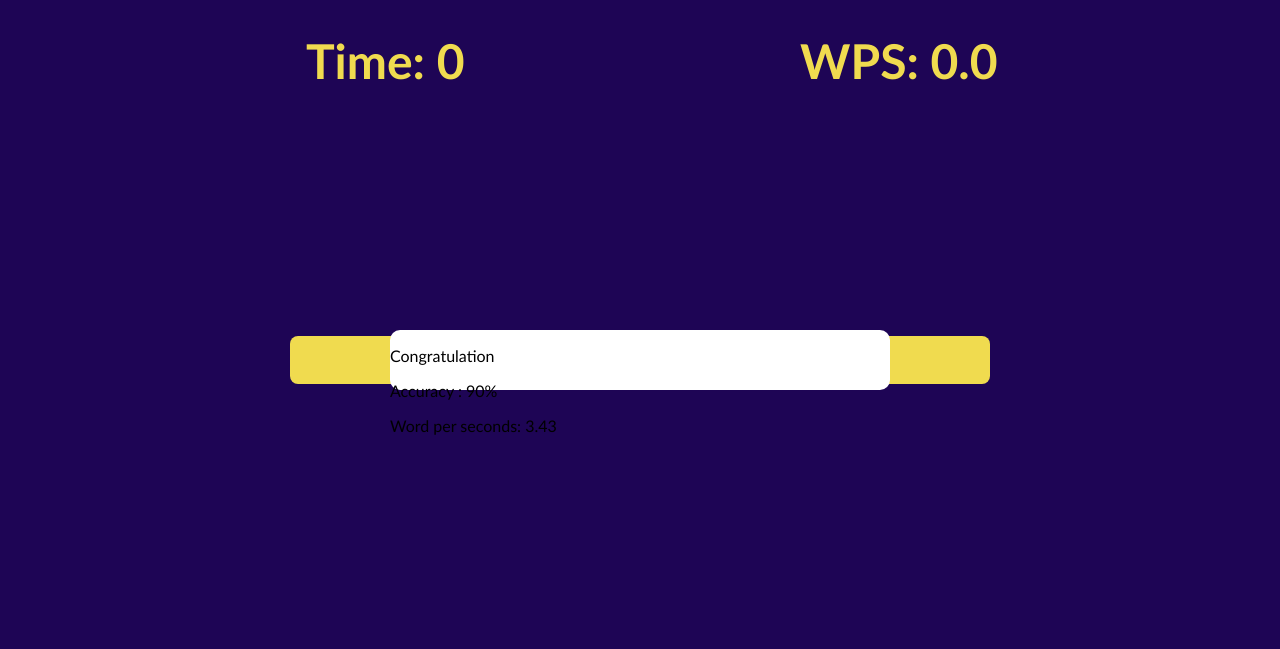
Repository: KhangNguyenIU/Vanilajs-TypingSpeed
Page: index.html
These files come from the project's save history. The page is drawn as it stood at one moment and after the next save; the edit follows.
The browser window is 1280 px wide. The pictures show the whole page.
The page's requests for data from a server got no answer.

Above is the page before, as saved 2021-10-15 11:12:42.

### index.html
<!DOCTYPE html>
<html lang="en">
  <head>
    <meta charset="UTF-8" />
    <meta http-equiv="X-UA-Compatible" content="IE=edge" />
    <meta name="viewport" content="width=device-width, initial-scale=1.0" />
    <link rel="stylesheet" href="style.css" />
    <script src="script.js" defer></script>
    <title>Typing Game</title>
  </head>
  <body>
    <body>
      <div class="container">
        <div class="timer">
          <span>Time: </span>
          <span id="timer">0</span>
        </div>
        <div class="word-speed">
          <span> WPS: </span>
          <span id="word-speed"> 0.0 </span>
        </div>
        <div class="quote-display" id="quoteDisplay"></div>
      </div>

      <div class="modal" id ="modal">
          <div class="modal-body">
              <p>Congratulation</p>
              <p>Accuracy : 90%</p>
              <p>Word per seconds: 3.43</p>
          </div>
      </div>
      <div id="overlay">

      </div>
    </body>
  </body>
</html>

### style.css
* {
    box-sizing: border-box;
  }

  body {
    display: flex;
    justify-content: center;
    align-items: center;
    min-height: 100vh;
    margin: 0;
    background-color: #1E0555;
  }

  body, .quote-input {
    font-family: 'Gill Sans', 'Gill Sans MT', Calibri, 'Trebuchet MS', sans-serif;
  }

  .container {
    background-color: #F0DB4F;
    padding: 1rem;
    border-radius: .5rem;
    width: 700px;
    max-width: 90%;
  }

  #overlay {
    position: fixed;
    opacity: 0;
    transition: 200ms ease-in-out;
    top: 0;
    left: 0;
    right: 0;
    bottom: 0;
    background-color: rgba(0, 0, 0, .5  );
    pointer-events: none;
  }

  .modal {
    position: fixed;
    top: 50%;
    left: 50%;
    transform: translate(-50%, -50%) ;
    transition: 200ms ease-in-out;
    border-radius: 10px;
    z-index: 10;
    background-color: white;
    width: 500px;
    height: 60px;
    max-width: 80%;
  }
  .timer {
    position: absolute;
    top: 2rem;
    font-size: 3rem;
    color: #F0DB4F;
    font-weight: bold;
  }

  .word-speed {
    position: absolute;
    top: 2rem;
    left:50rem;
    font-size: 3rem;
    color: #F0DB4F;
    font-weight: bold;
  }

  .quote-display {
    margin-bottom: 1rem;
    margin-left: calc(1rem + 2px);
    margin-right: calc(1rem + 2px);
    font-size: 26px;
    letter-spacing: 1.5px;
    line-height: 40px;
    color: rgba(0,0,0,.5);
  }

  .current-char{
    color:black;
    text-decoration: underline;

  }

  .quote-input {
    background-color: transparent;
    border: 2px solid #A1922E;
    outline: none;
    width: 100%;
    height: 8rem;
    margin: auto;
    resize: none;
    padding: .5rem 1rem;
    font-size: 1rem;
    border-radius: .5rem;
  }

  .quote-input:focus {
    border-color: black;
  }

  .correct {
    color: green;
  }

  .incorrect {
    color: red;
  }

### script.js
const RANDOM_QUOTE_API_URL = "http://api.quotable.io/random"
const quoteDisplayElement = document.getElementById('quoteDisplay')
const quoteInputElement = document.getElementById('quoteInput')
const timerDisplay = document.getElementById("timer")
const wordSpeedDisplay = document.getElementById('word-speed')
const blockedKey = [91, 20, 18, 17, 16, 13, 9]
let current = 0
let correct = 0
let duration;
let wordSpeed;
let flag = false
let startTime;
var interval;
function getRandomQuote() {
    return fetch(RANDOM_QUOTE_API_URL)
        .then(response => response.json())
        .then(data => data.content)
}

const startTimer = () => {
    let current = new Date()
    duration = Math.floor((current - startTime) / 1000)
    wordSpeed = (correct / duration).toFixed(2);
    wordSpeedDisplay.innerText = wordSpeed
    timerDisplay.innerText = duration
}


document.addEventListener('keydown', onTyping)

function onTyping(event) {

    if (!flag) {
        startTime = new Date()
        interval = setInterval(startTimer, 1000)
        flag = true
    }
    let arrayQuote = quoteDisplayElement.querySelectorAll("span")

    if (!blockedKey.includes(event.keyCode)) {
        if (event.key == arrayQuote[current].innerText) {
            arrayQuote[current].classList.remove("current-char")
            arrayQuote[current].classList.add("correct")
            current = current += 1;
            correct += 1
            if (current < arrayQuote.length)
                arrayQuote[current].classList.add("current-char")
            if (current >= arrayQuote.length) {
                clearInterval(interval)
                return;
            }
        }

        else {
            // arrayQuote[current].classList.remove("current-char")
            arrayQuote[current].classList.add("incorrect")
        }
    }

}

async function renderNewQuote() {
    const quote = await getRandomQuote();
    quoteDisplayElement.innerHTML = ""
    quote.split("").forEach(element => {
        const characterSpan = document.createElement("span")
        characterSpan.innerText = element
        quoteDisplayElement.appendChild(characterSpan)
    });
    quoteDisplayElement.querySelector("span").classList.add("current-char")
}



renderNewQuote()

After the next save:
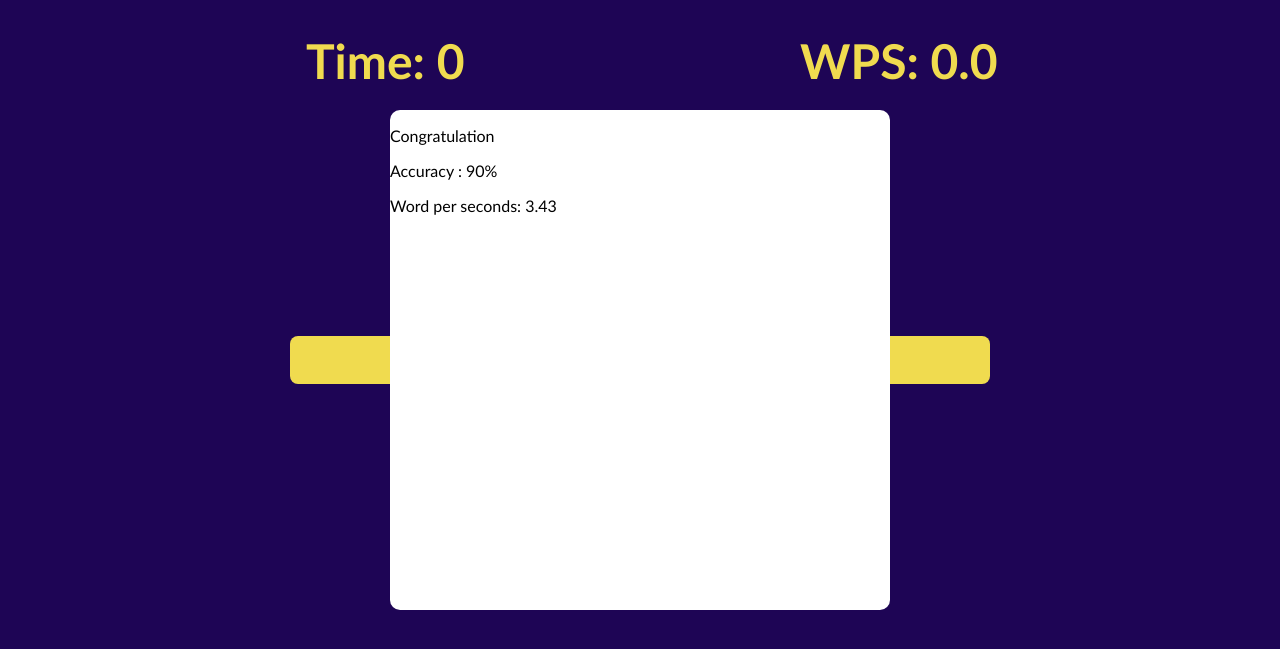
Saved 5 s later.
--- a/style.css
+++ b/style.css
@@ -45,7 +45,7 @@
     z-index: 10;
     background-color: white;
     width: 500px;
-    height: 60px;
+    height: 500px;
     max-width: 80%;
   }
   .timer {
